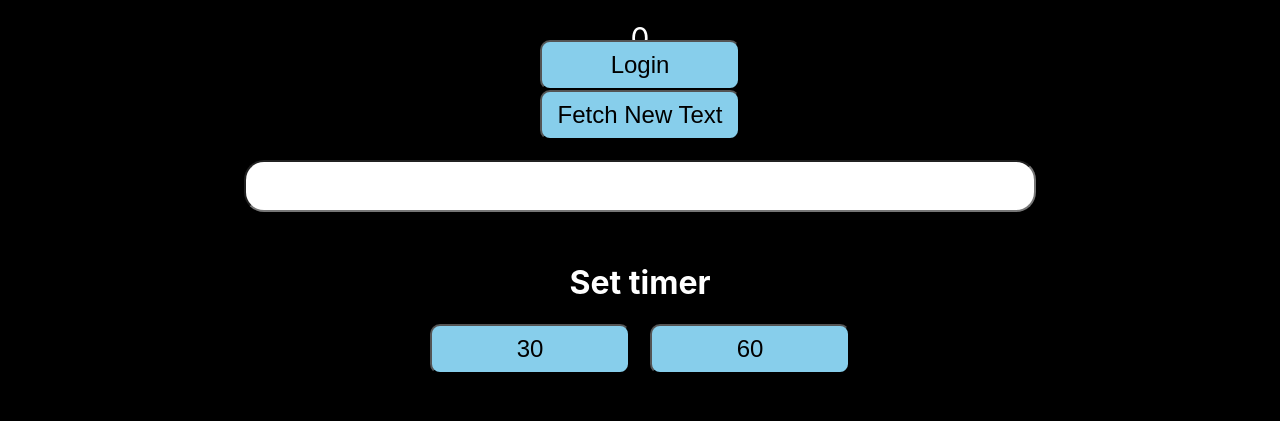
Repository: abhaysharma20233009/swiftKey
Page: / (app in frontend/my-app/)
An editor plug-in stored every save of this project. The page is shown before and after the next save, followed by the edit.
The browser window is 1280 px wide. The pictures show the whole page.
The page's requests for data from a server got no answer. The project was rebuilt for these pictures with package versions that can differ from the ones it lists, and the page was loaded fresh each time. No one was signed in, and anything a server would have sent is missing. Also part of the build but not shown: frontend/my-app/src/Results.js, frontend/my-app/src/Login.js.

Above is the page before, as saved 2024-10-10 17:32:52.

### frontend/my-app/src/App.js
//App.js

import './App.css';
import React from 'react';
import { BrowserRouter as Router, Route, Routes } from 'react-router-dom';
import Swift from './Swifts';
import Results from './Results';
import Login from './Login';
const App = () => {
    return (
        <Router>
			<div className="App">
            <Routes>
                <Route path="/" element={<Swift />} />
                <Route path="/results" element={<Results />} />
                <Route path="/login" element={<Login />} />
            </Routes>
			</div>
        </Router>
    );
};

export default App;

### frontend/my-app/src/App.css
.App {
  text-align: center;
  color:white;
}

body{
  background-color:black;
}

.log{
  color:black;
  margin-left: 10px;
  margin-right: 10px;
  background-color: skyblue;
  border-radius: 10px;
  height:50px;
  width:200px;
  justify-self: end;
  font-size: x-large;
}




.in{
  border-radius:20px;
  font-size: 24px;
  width: 60%;
  padding: 10px;
  margin: 20px 0;
}

.hea{
  margin-top: 100px;
  margin-bottom: 50px;
  margin-left:25%;
  background-color: lightgray;
  font-size: 24px;
  background-color:green;
  width:50%;
  height:50px;
  border-radius:30px;
  text-align: center;
}

.lo{
  text-align:center;
}
.Timer{
  height:20px;
  font-size:30px;
}

### frontend/my-app/src/Swifts.js
import React, { useState, useEffect } from 'react';
import { useNavigate, useLocation } from 'react-router-dom';

function Swifts() {
    const [message, setMessage] = useState('');
    const [inputValue, setInputValue] = useState('');
    const [currentWordIndex, setCurrentWordIndex] = useState(0);
    const [time, setTime] = useState(0);
    const navigate = useNavigate();
    const location = useLocation();
    const [countdown, setCountdown] = useState(0);

    // Retrieve username from location state
    const username = location.state?.username || '';

    const fetchMessages = async () => {
        try {
            const response = await fetch('http://localhost:7000/random-paragraph');
            const data = await response.json();
            if (data && typeof data === 'string') {
                setMessage(data);
                setInputValue('');
                setCurrentWordIndex(0);
            } else {
                console.error('Invalid data format:', data);
            }
        } catch (error) {
            console.error('Error fetching messages:', error);
        }
    };

    useEffect(() => {
        fetchMessages();
    }, []);

    useEffect(() => {
        if (time > 0) {
            const timer = setTimeout(() => {
                navigate('/results', { state: { currentWordIndex, username } });
            }, time * 1000);

            return () => clearTimeout(timer);
        }
    }, [time, currentWordIndex, navigate, username]);

    const handleInputChange = (e) => {
        const value = e.target.value;
        setInputValue(value);

        const words = message.split(' ');
        const currentWord = words[currentWordIndex];

        if (currentWord && currentWord.startsWith(value.trim())) {
            if (value.trim() === currentWord) {
                setCurrentWordIndex((prevIndex) => prevIndex + 1);
                setInputValue('');
            }
        }
    };

    useEffect(() => {
        if (time > 0) {
            setCountdown(time); // Set countdown to the selected time
        }
    }, [time]);

    useEffect(() => {
        if (countdown > 0) {
            const timer = setInterval(() => {
                setCountdown((prev) => prev - 1);
            }, 1000);

            return () => clearInterval(timer);
        }
    }, [countdown]);
    const words = message.split(' ');
    const currentWord = words[currentWordIndex] || '';

    return (
        <div style={{ textAlign: 'center', marginTop: '20px' }}>
              <div class="Timer">{countdown}</div>
            {username && <h2>Welcome, {username}!</h2>}
            <button className="log" onClick={() => navigate('/login')}>Login</button>
            <br />
            <button className="log" onClick={fetchMessages}>Fetch New Text</button>
            <br />
            <input
                className='in'
                type="text"
                value={inputValue}
                onChange={handleInputChange}
                placeholder={currentWord.slice(inputValue.length)}
            />
            <div className="lo">
                <div style={{ fontSize: '24px', marginTop: '10px', textAlign: 'center', display: 'flex', flexWrap: 'wrap' }}>
                    {words.map((word, index) => {
                        const isCurrentWord = index === currentWordIndex;
                        const isTypedWord = index < currentWordIndex;

                        return (
                            <span
                                key={index}
                                style={{
                                    padding: '0 5px',
                                    color: isCurrentWord ? 'blue' : (isTypedWord ? 'gray' : 'white'),
                                    textDecoration: isTypedWord ? 'line-through' : 'none',
                                }}
                            >
                                {word}
                            </span>
                        );
                    })}
                </div>
            </div>
            <h1>Set timer</h1>
            <button className="log" onClick={() => setTime(30)}>30</button>
            <button className="log" onClick={() => setTime(60)}>60</button>


        </div>
    );
}

export default Swifts;

Loaded but not shown: frontend/my-app/public/index.html (common file); frontend/my-app/src/index.js (common file); frontend/my-app/src/index.css (common file); frontend/my-app/src/reportWebVitals.js (common file)

After the next save:
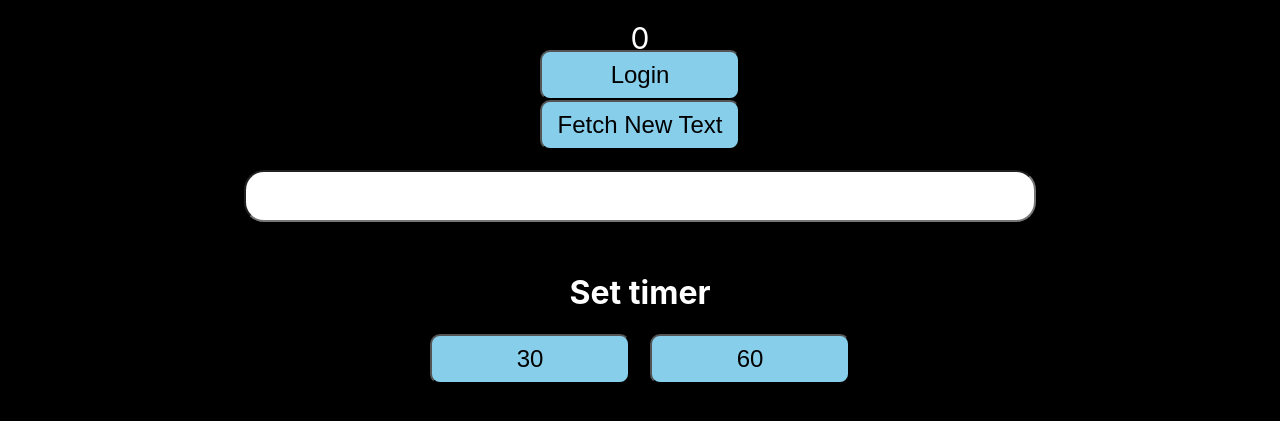
Saved 16 s later.
--- a/frontend/my-app/src/App.css
+++ b/frontend/my-app/src/App.css
@@ -49,4 +49,5 @@
 .Timer{
   height:20px;
   font-size:30px;
+  margin-bottom: 10px;
 }

After the save that followed:
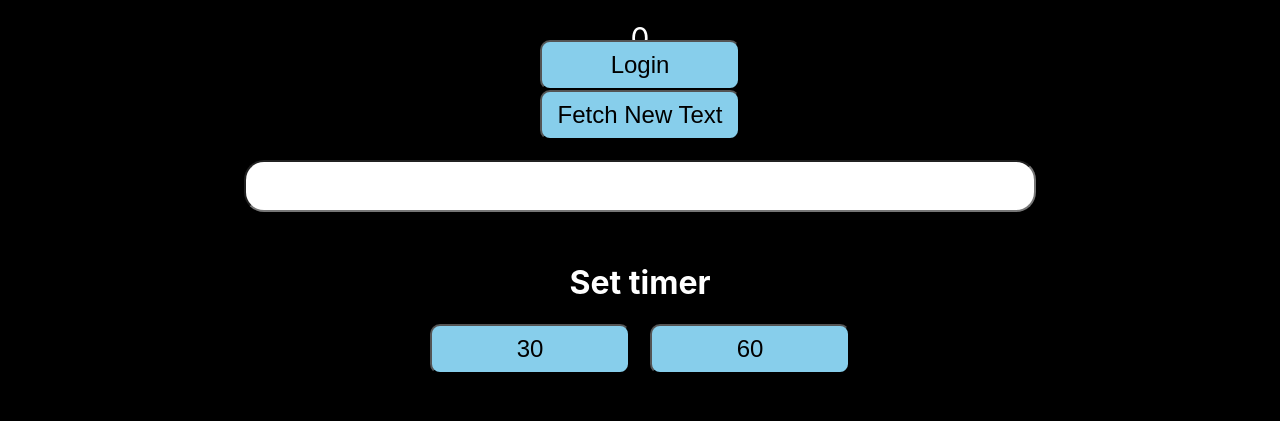
Saved 79 s later.
--- a/frontend/my-app/src/App.css
+++ b/frontend/my-app/src/App.css
@@ -47,7 +47,7 @@
   text-align:center;
 }
 .Timer{
-  height:20px;
+  height:10px;
   font-size:30px;
   margin-bottom: 10px;
 }
